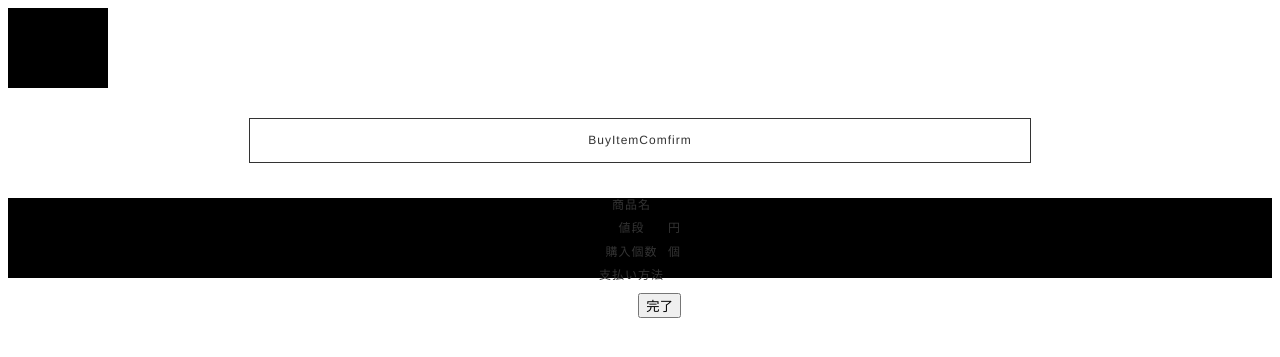
Repository: gjp373/test
Page: http://localhost/template/buyItemConfirm.jsp
These files come from the project's save history. The page is drawn as it stood at one moment and after the next save; the edit follows.
The browser window is 1280 px wide. The pictures show the whole page.
The page is served by Tomcat 9.

Above is the page before, as saved 2018-03-30 02:46:49.

After the next save:
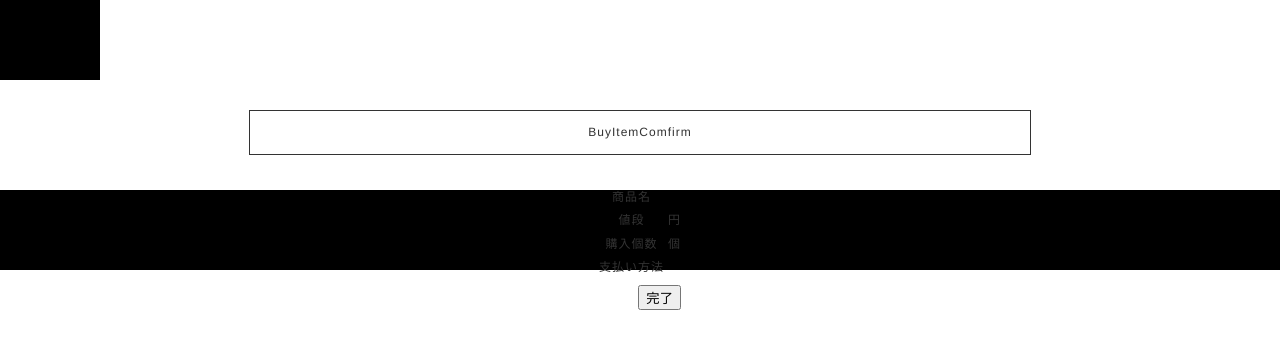
Saved 8 min 46 s later.
--- a/template/WebContent/buyItemConfirm.jsp
+++ b/template/WebContent/buyItemConfirm.jsp
@@ -15,7 +15,7 @@
 <style type="text/css">
 
   body{
-    mergin:0;
+    margin:0;
     padding:0;
     line-height:1.6;
     letter-spacing:1px;
